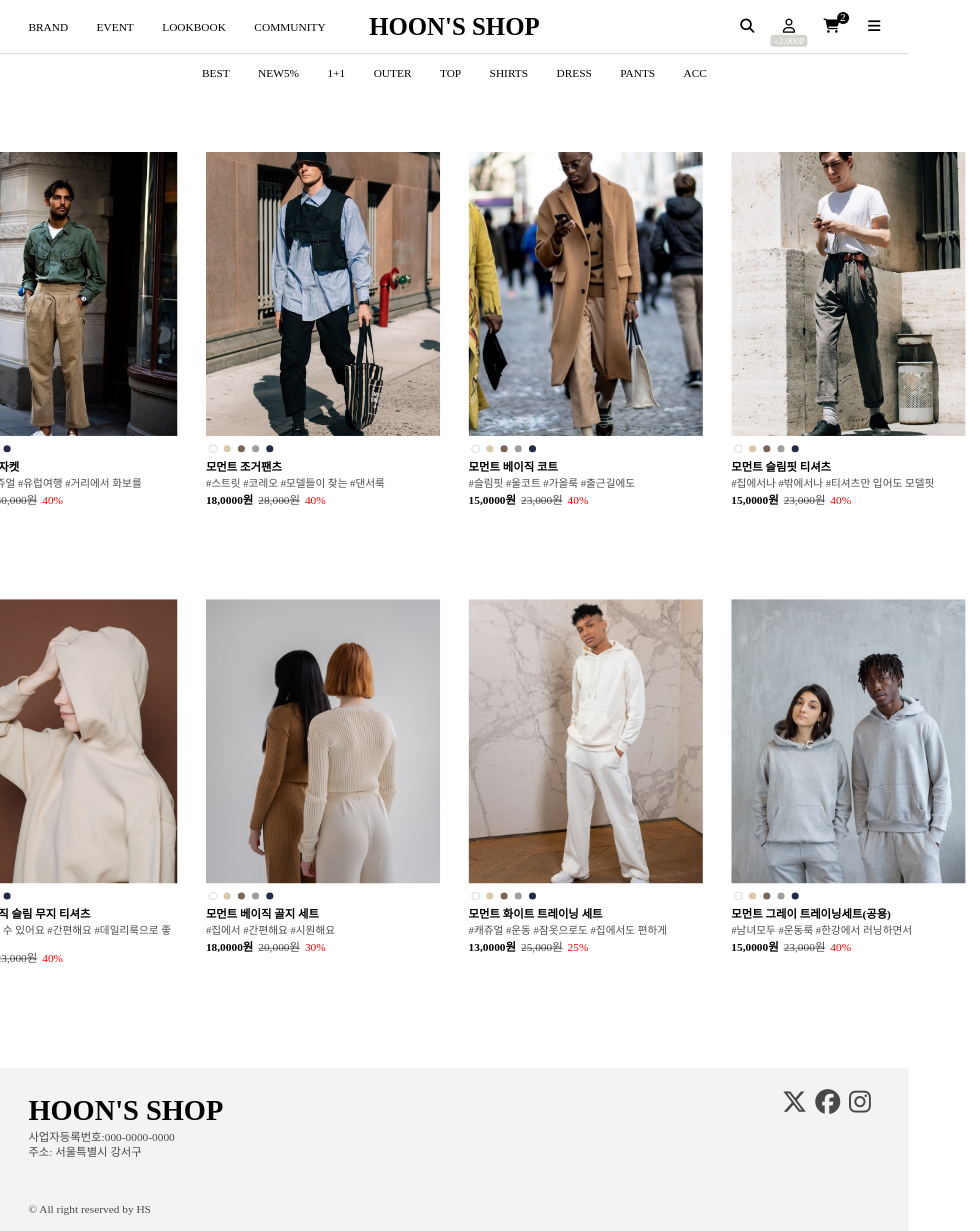
Repository: Iimchaehoon/cafeProject
Page: outer.html
These files come from the project's save history. The page is drawn as it stood at one moment and after the next save; the edit follows.
The browser window is 1280 px wide. The page is 1380 px wide, so the pictures cover 1380 px, including what lies to the right of the window. The pictures show the whole page, at 71% of full size.
The pointer rests on the first visible `.main__product-list-article`.
Some web fonts or font styles are not loaded; a fallback is used. Some web libraries are served in a nearby version.

Above is the page before, as saved 2024-07-29 22:03:50.

After the next save:
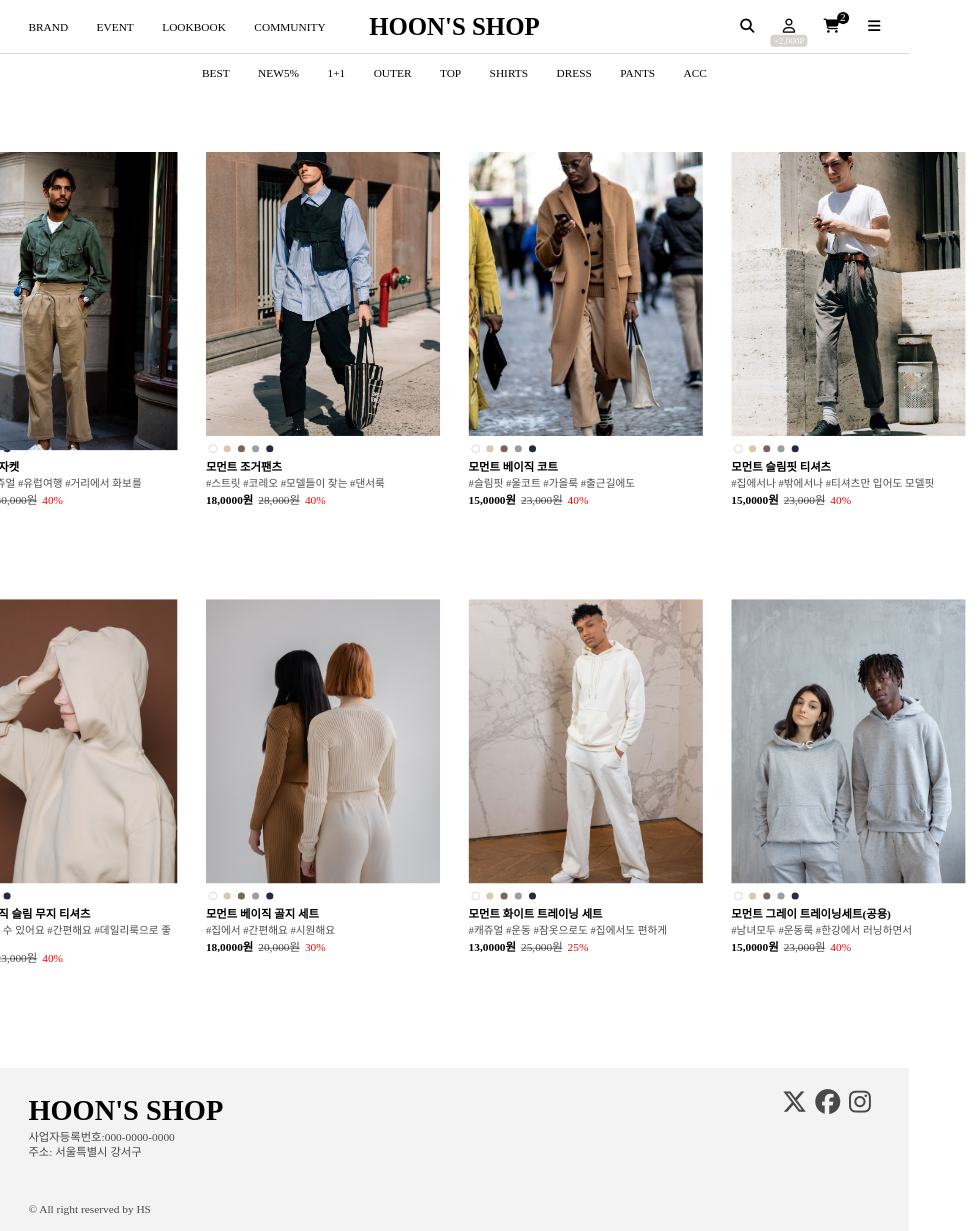
Saved 53 s later.
--- a/src/css/components/product-list.css
+++ b/src/css/components/product-list.css
@@ -24,6 +24,9 @@
 }
 .main__product-list-article:hover {
   cursor: pointer;
+}
+.main__product-list-article:hover .main__article-img {
+  transform: scale(1.1);
 }
 .main__article-img-container {
   width: 100%;
